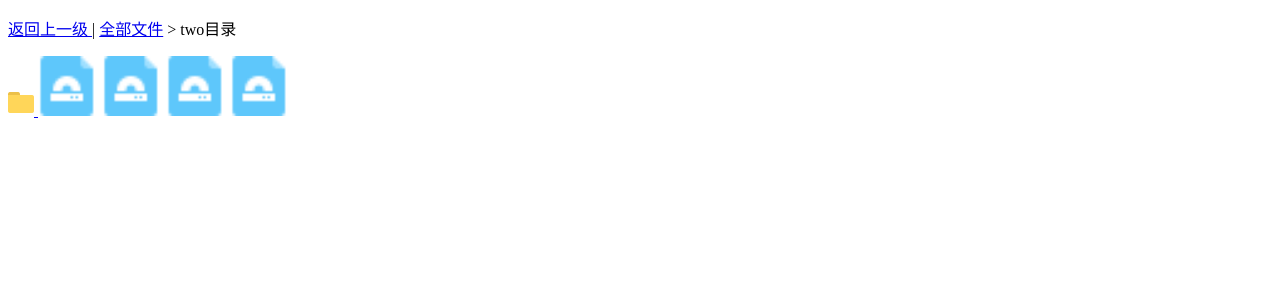
Repository: fixbb/workspace
Page: 005百度云盘项目/two/two.html
An editor plug-in stored every save of this project. The page is shown before and after the next save, followed by the edit.
The browser window is 1280 px wide. The pictures show the whole page.

Above is the page before, as saved 2021-08-23 15:48:25.

After the next save:
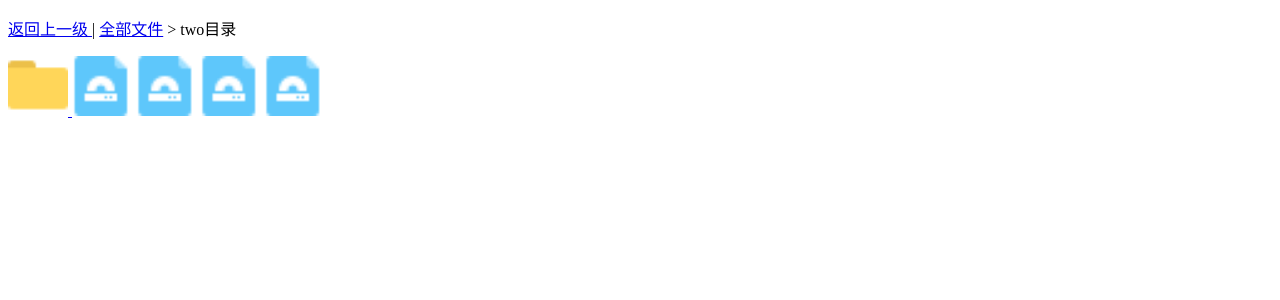
Saved 20 s later.
--- a/005百度云盘项目/two/two.html
+++ b/005百度云盘项目/two/two.html
@@ -20,7 +20,7 @@
     </p>
     <p>
         <a href="../two/three/three.html">
-            <img src="../imgs/file.png" title="进入二级目录">
+            <img src="../imgs/file.png" title="进入二级目录" width="60px">
         </a>
         <img src="../imgs/sp.png" width="60px">
         <img src="../imgs/sp.png" width="60px">
